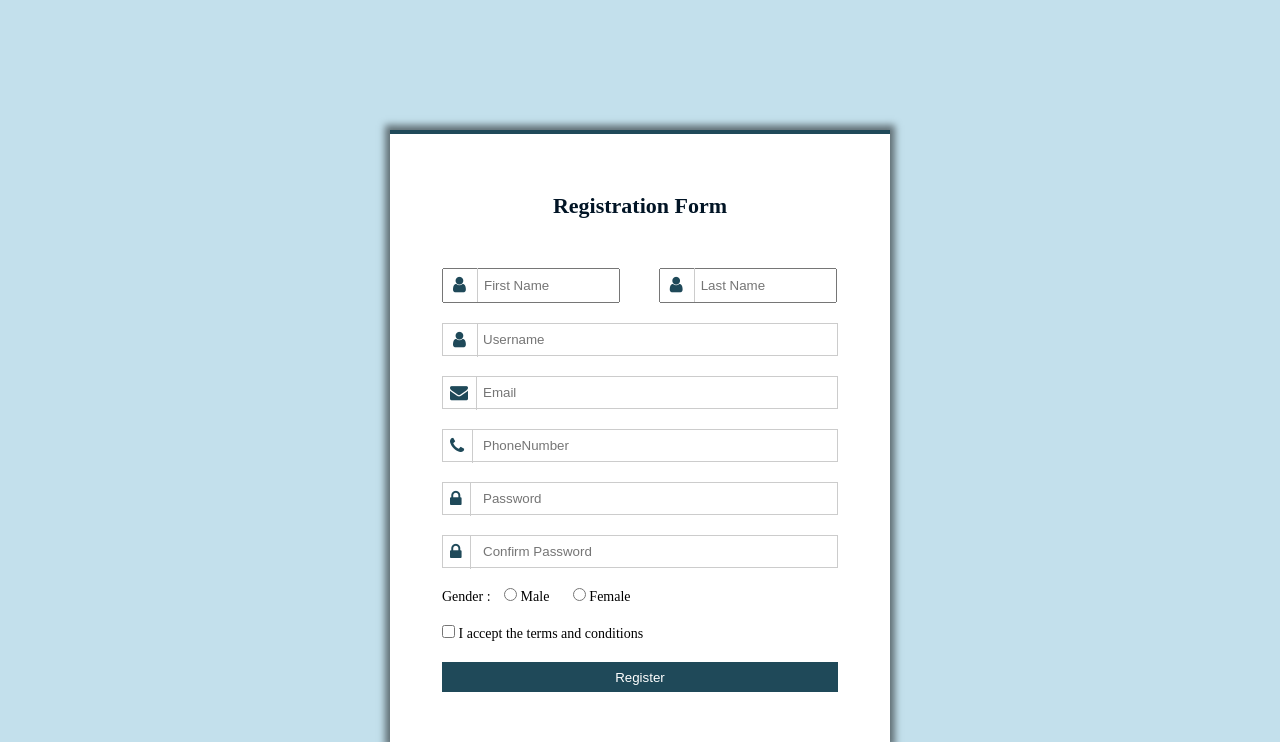
Repository: sampanna17/javabackup
Page: http://localhost/EvoX_CW/pages/register.jsp
An editor plug-in stored every save of this project. The page is shown before and after the next save, followed by the edit.
The browser window is 1280 px wide. The pictures show the whole page.
The page is served by Tomcat 9.

Above is the page before, as saved 2024-05-05 11:42:18.

After the next save:
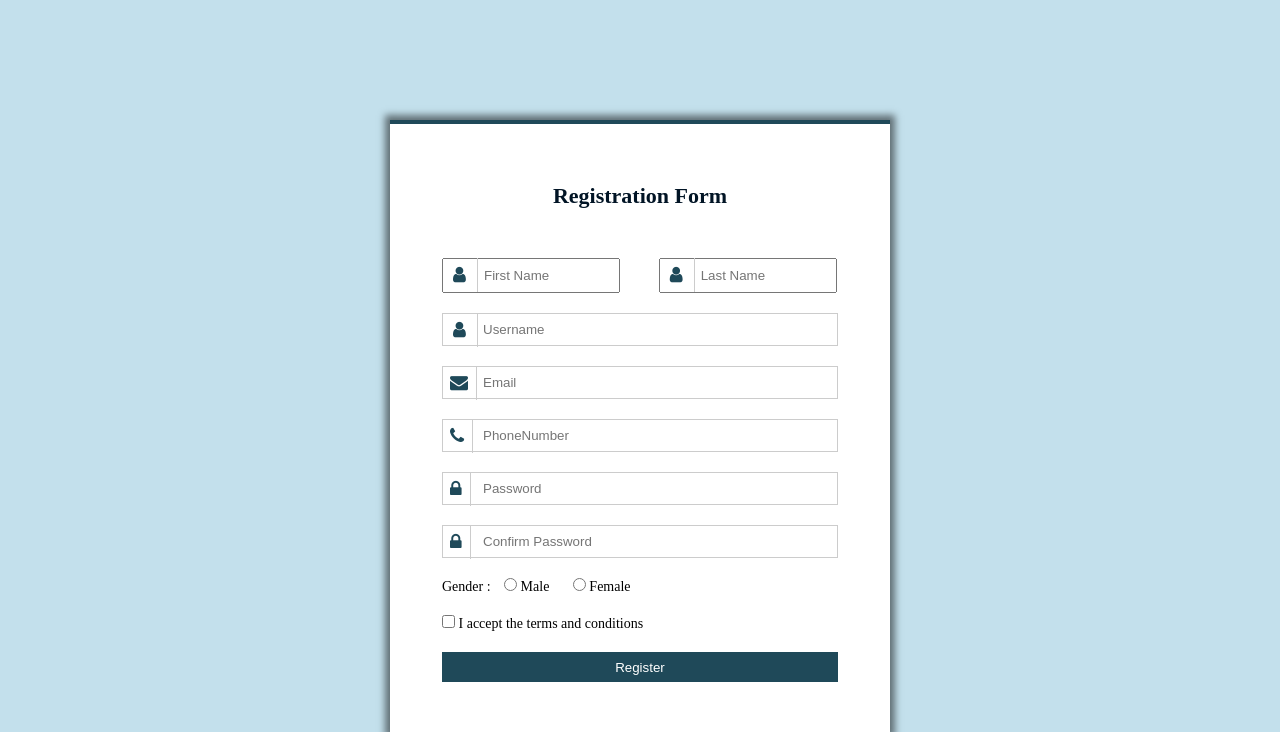
Saved 13 s later.
--- a/EvoX_CW/src/main/webapp/stylesheets/register.css
+++ b/EvoX_CW/src/main/webapp/stylesheets/register.css
@@ -14,7 +14,7 @@ body{
     background-color: white;
     width:500px;
     padding: 30px;
-    margin:130px auto 0;
+    margin:120px auto 0;
     border-top: 4px solid#1F4959;
     box-shadow: 0 0 7px 5px rgba(0, 0, 0, 0.5);
 }
